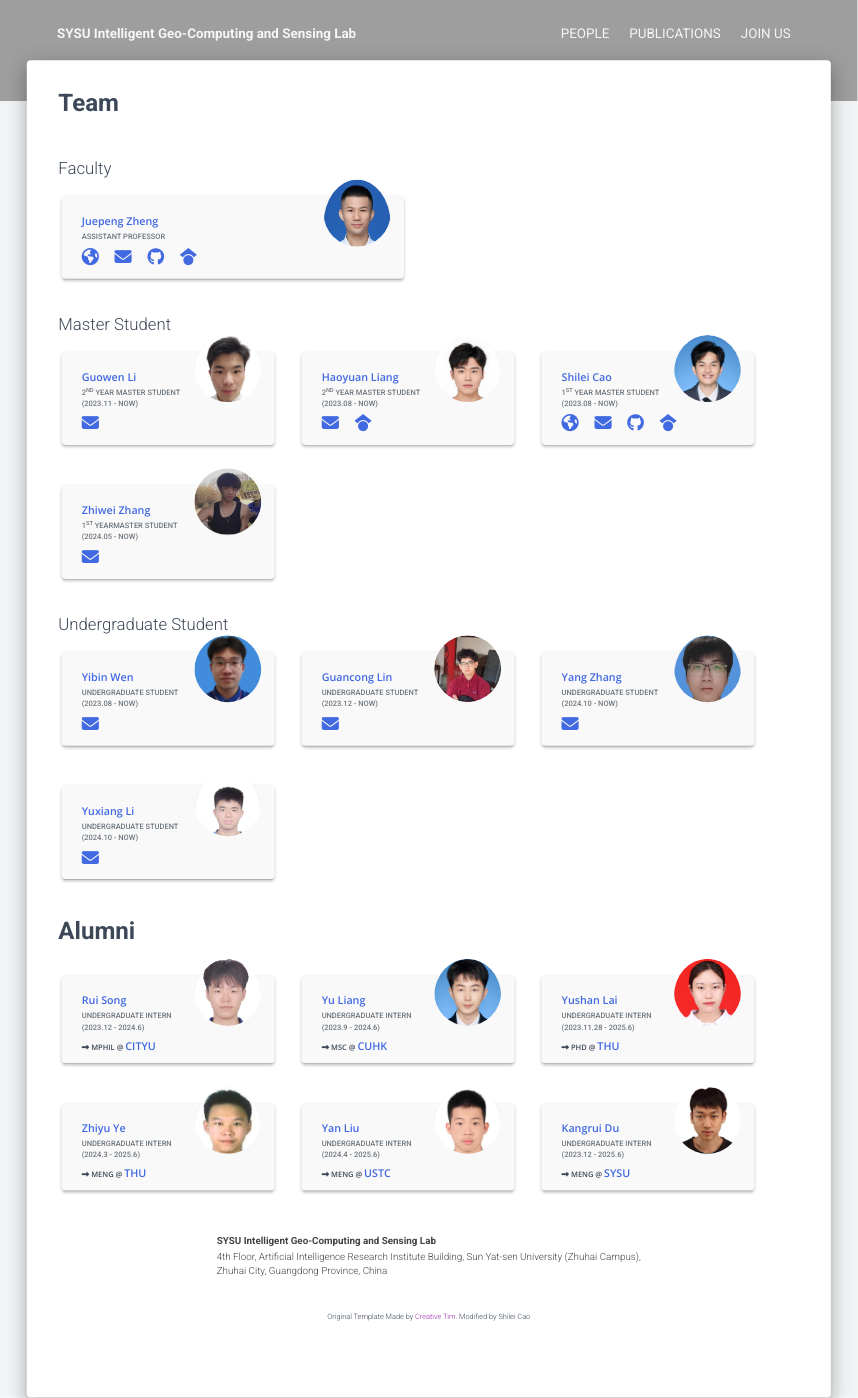
Repository: rssysu/rssysu.github.io
Page: people.html
These files come from the project's save history. The page is drawn as it stood at one moment and after the next save; the edit follows.
The browser window is 1280 px wide. The pictures show the whole page, at 67% of full size.
Pictures or frames that could not be fetched are drawn as grey boxes. Some web libraries are served in a nearby version.

Above is the page before, as saved 2025-05-30 22:27:57.

After the next save:
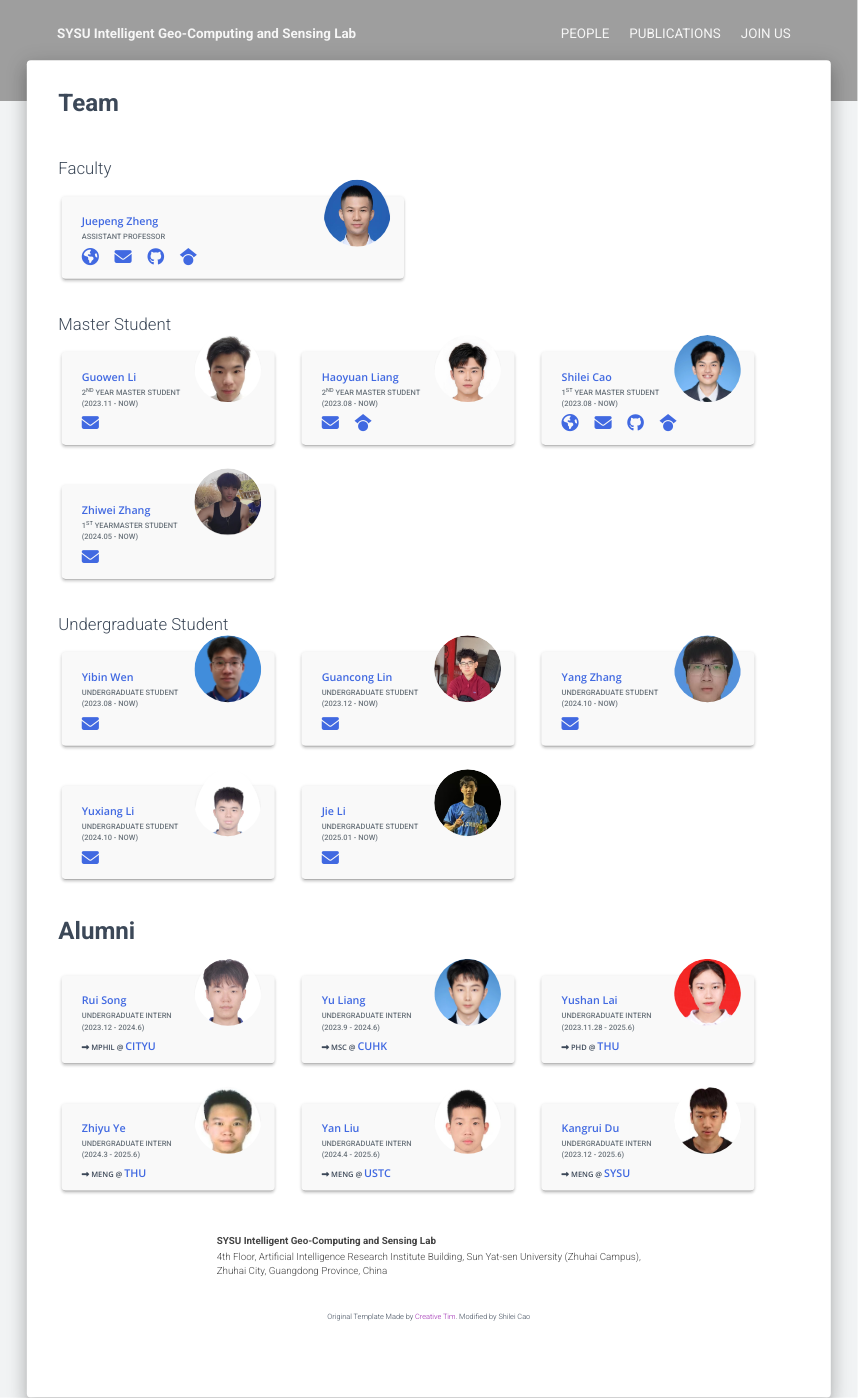
Saved 14 h 59 min later.
--- a/people.html
+++ b/people.html
@@ -204,6 +204,21 @@
                     </div>
                 </div>
 
+                <div class="card" style="width: 28%;">
+                    <div class="card-body">
+                          <div class="author">
+                              <div class="avatar">
+                                  <img src="./assets/img/kit/faces/lj.jpg" class="img-raised rounded-circle img-fluid"/>
+                              </div>
+                          </div>
+                          <h4 class="card-title"> <a href="./assets/resume/lj.html" target="_blank"> Jie Li </a></h4>
+                          <h6 class="card-subtitle mb-2 text-muted">Undergraduate Student <br> (2025.01 - Now)</h6>
+
+                            <a href="mailto:liyx566@mail2.sysu.edu.cn" class="card-link"><i class="fa fa-envelope fa-2x" aria-hidden="true"></i></a>
+
+                    </div>
+                </div>
+
             </div>
 
 
